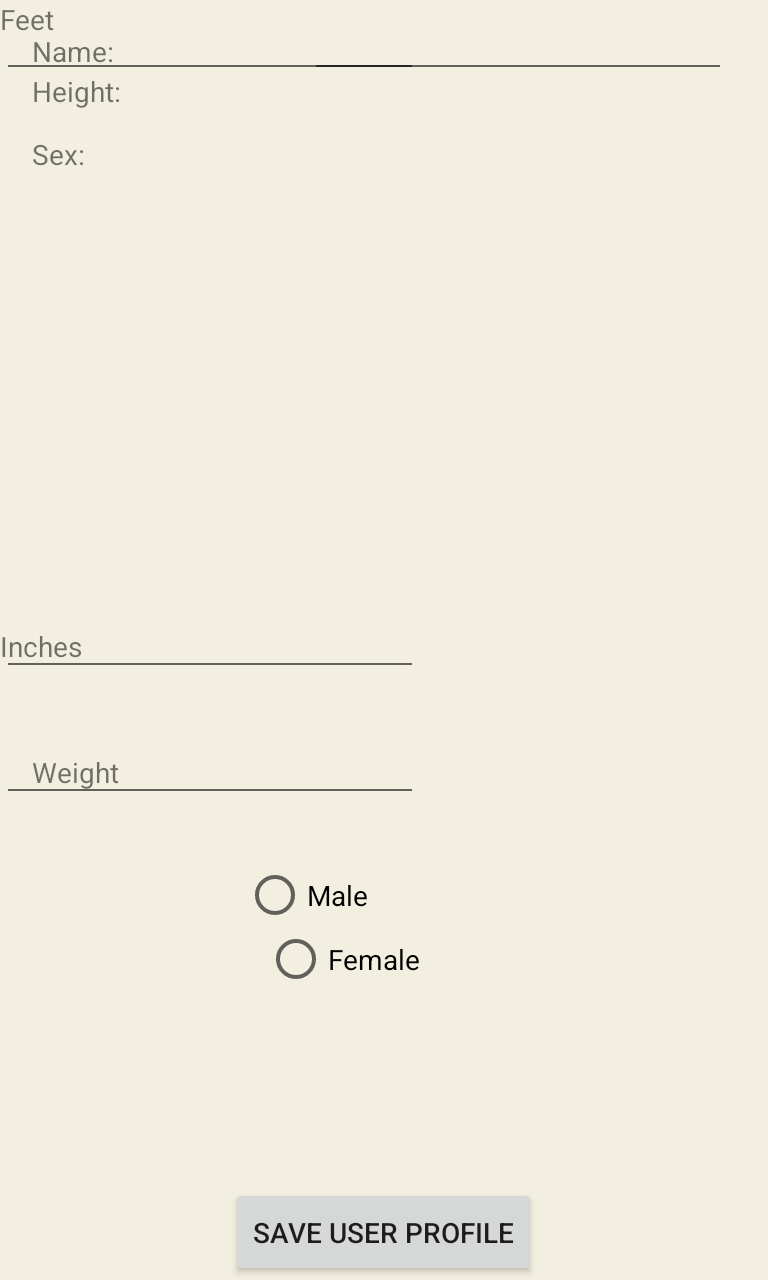
Repository: CS185Wingman/wingman
Layout: Workspace/wingman/res/layout/user_settings.xml
An editor plug-in stored every save of this project. The layout is shown before and after the next save, followed by the edit.
It is drawn on a 768 x 1280 px phone screen (xhdpi) without system bars, with theme AppTheme; the app's code is not run.

Above is the layout before, as saved 2014-06-06 04:28:19.

After the next save:
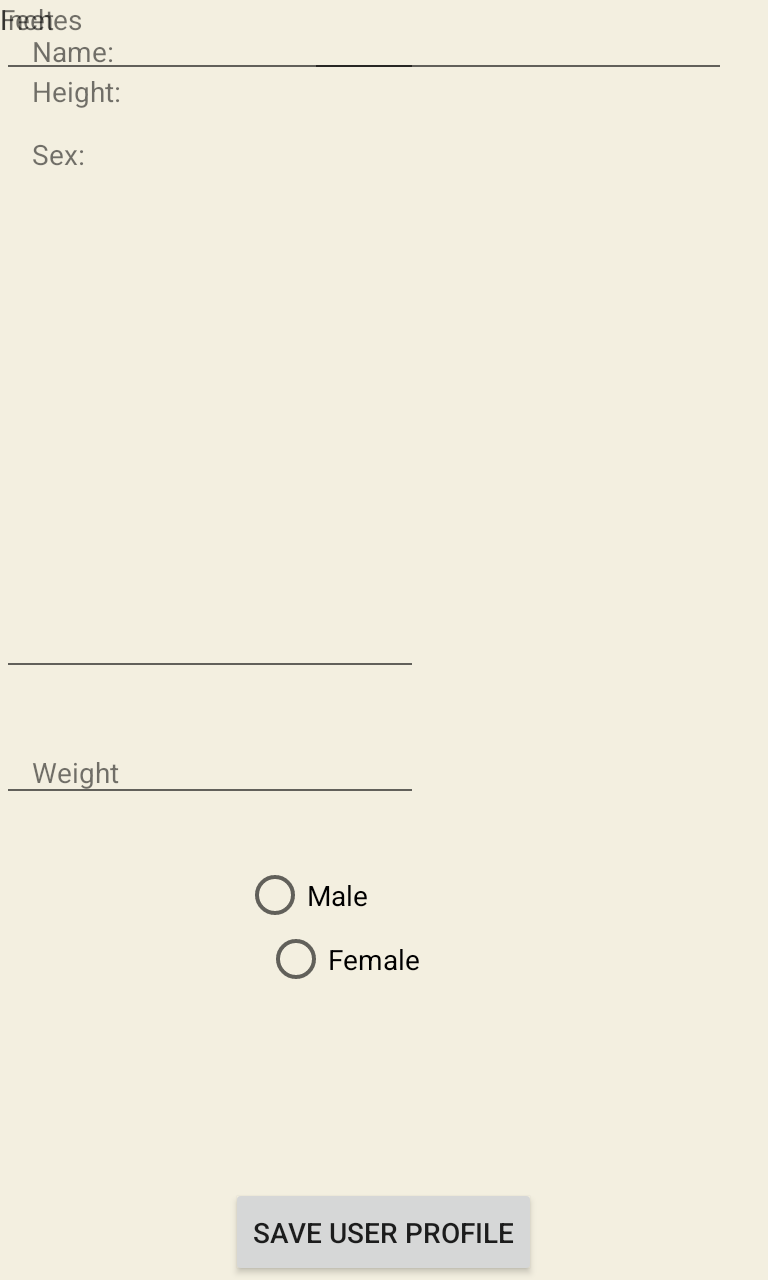
Saved 5 s later.
--- a/Workspace/wingman/res/layout/user_settings.xml
+++ b/Workspace/wingman/res/layout/user_settings.xml
@@ -74,9 +74,6 @@
         android:id="@+id/inchesLabel"
         android:layout_width="wrap_content"
         android:layout_height="wrap_content"
-        android:layout_alignBaseline="@+id/inchesField"
-        android:layout_alignBottom="@+id/inchesField"
-        android:layout_alignLeft="@+id/feetLabel"
         android:text="Inches" />
 
     <TextView
